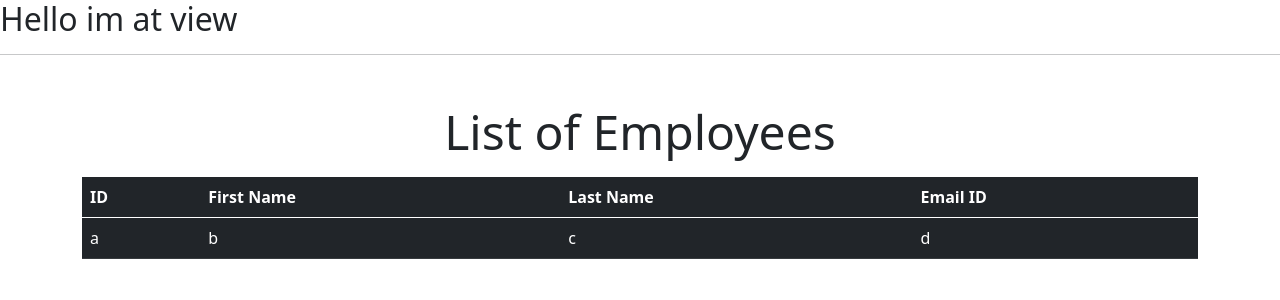
Repository: valletivarish/monojsp
Page: http://localhost/07-mvc-demo/student
The author's editor kept a copy of each file at every save. The page is drawn from the files as they stood at one save, then again after the next save.
The browser window is 1280 px wide. The pictures show the whole page.
The page is served by Tomcat 9.

Above is the page before, as saved 2024-07-16 07:42:58.

After the next save:
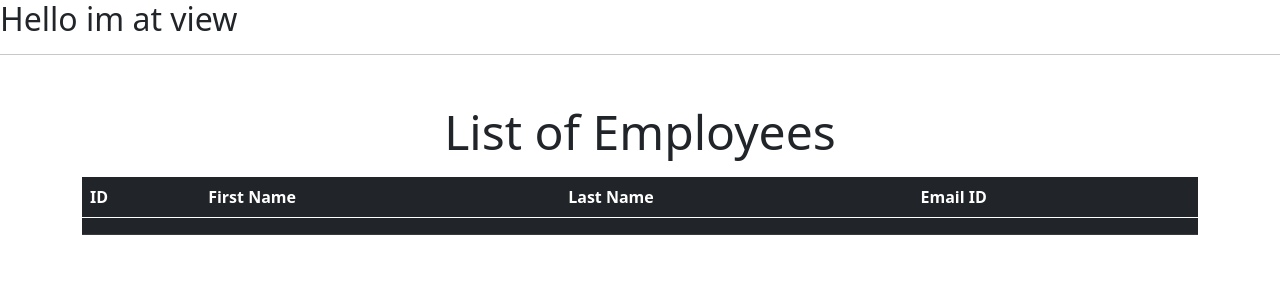
Saved 55 s later.
--- a/07-mvc-demo/WebContent/view-student.jsp
+++ b/07-mvc-demo/WebContent/view-student.jsp
@@ -32,14 +32,10 @@
         <tbody>
         <c:forEach var="student" items="${StudentList}">
             <tr>
-<%--            <td>${student.getID()}</td>
-                <td>${student.getFirstName()}</td>
-                <td>${student.getLastName()}</td>
-                <td>${student.getEmailID()}</td> --%>
-                <td>a</td>
-                <td>b</td>
-                <td>c</td>
-                <td>d</td>
+                <td>${student.id}</td>
+                <td>${student.firstName}</td>
+                <td>${student.lastName}</td>
+                <td>${student.emailid}</td>
             </tr>
         </c:forEach>
         </tbody>
